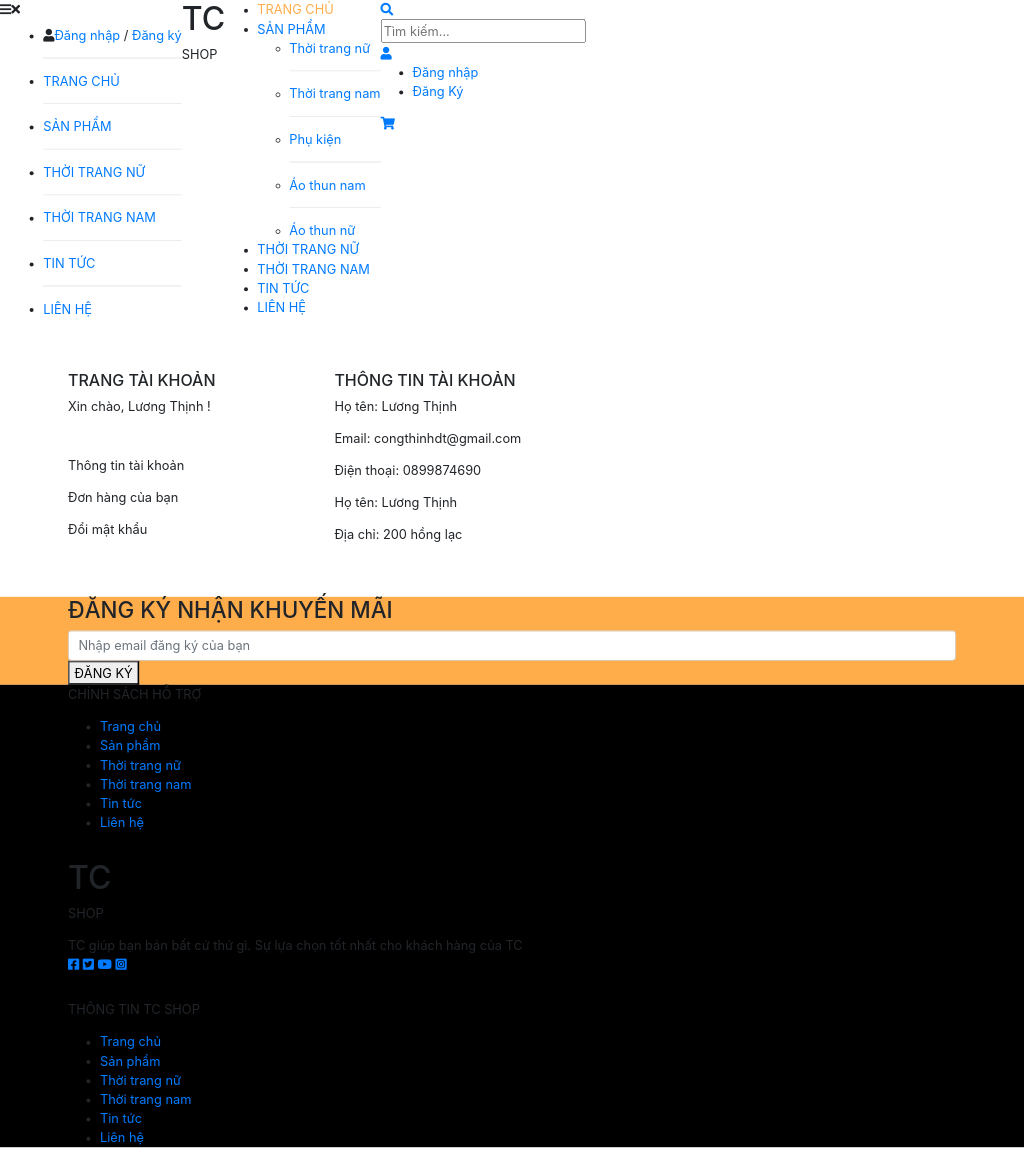
Repository: congthinh1701/TCshop
Page: ThongTinTaiKhoan.html
These files come from the project's save history. The page is drawn as it stood at one moment and after the next save; the edit follows.
The browser window is 1280 px wide. The pictures show the whole page, at 80% of full size.
The style sheet was rebuilt from its Sass, Less or Tailwind sources for each picture, by a compiler version that may differ from the author's.

Above is the page before, as saved 2021-09-08 17:09:03.

After the next save:
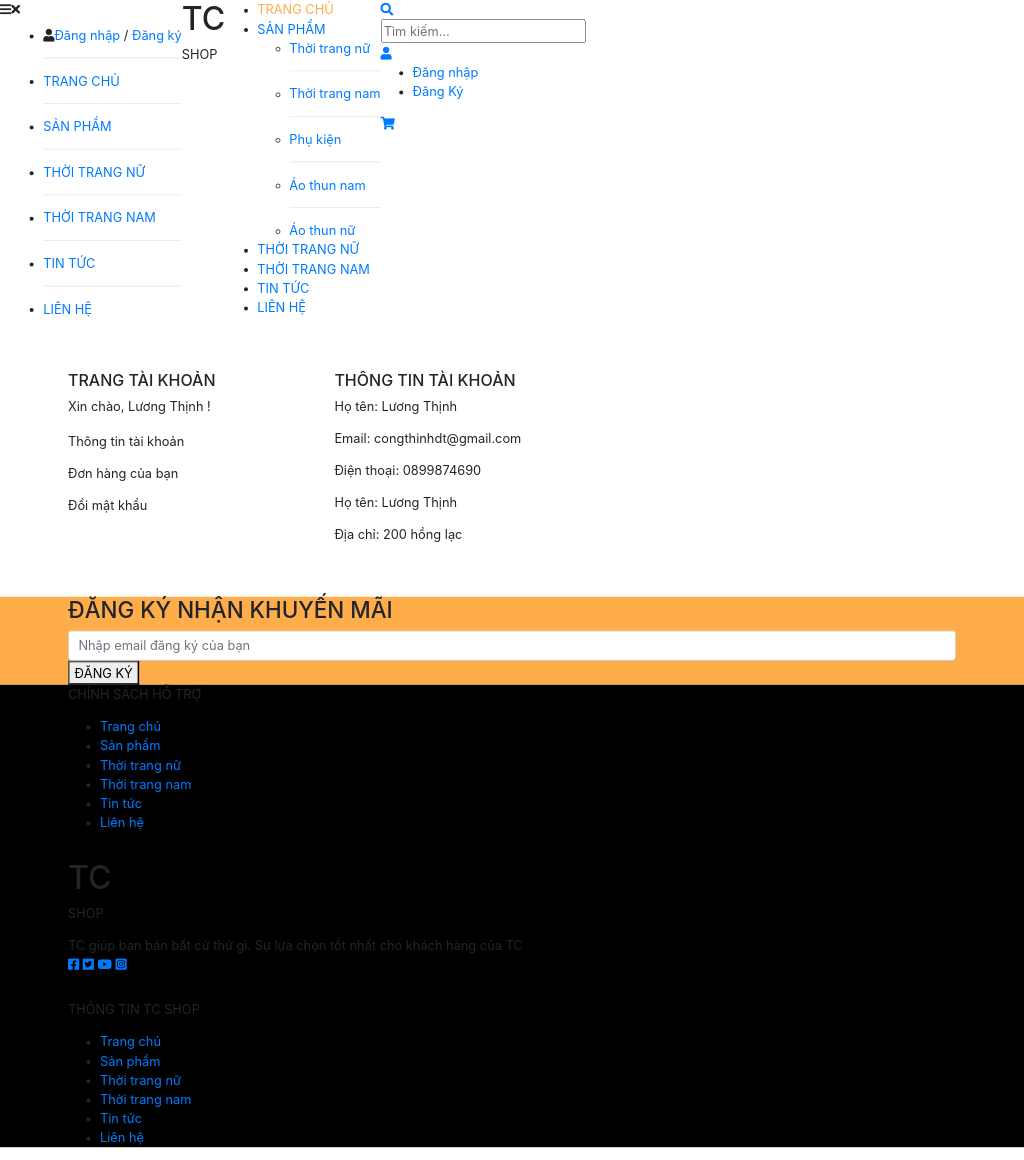
Saved 11 s later.
--- a/sass/style.scss
+++ b/sass/style.scss
@@ -12,7 +12,7 @@ $fontWeight:500;
 .trang-tai-khoan{
     width: calc(100% / var(--columns) - 20%);
     &-thong-tin{
-        margin-top:50px
+        margin-top:20px
     }
 
 }
